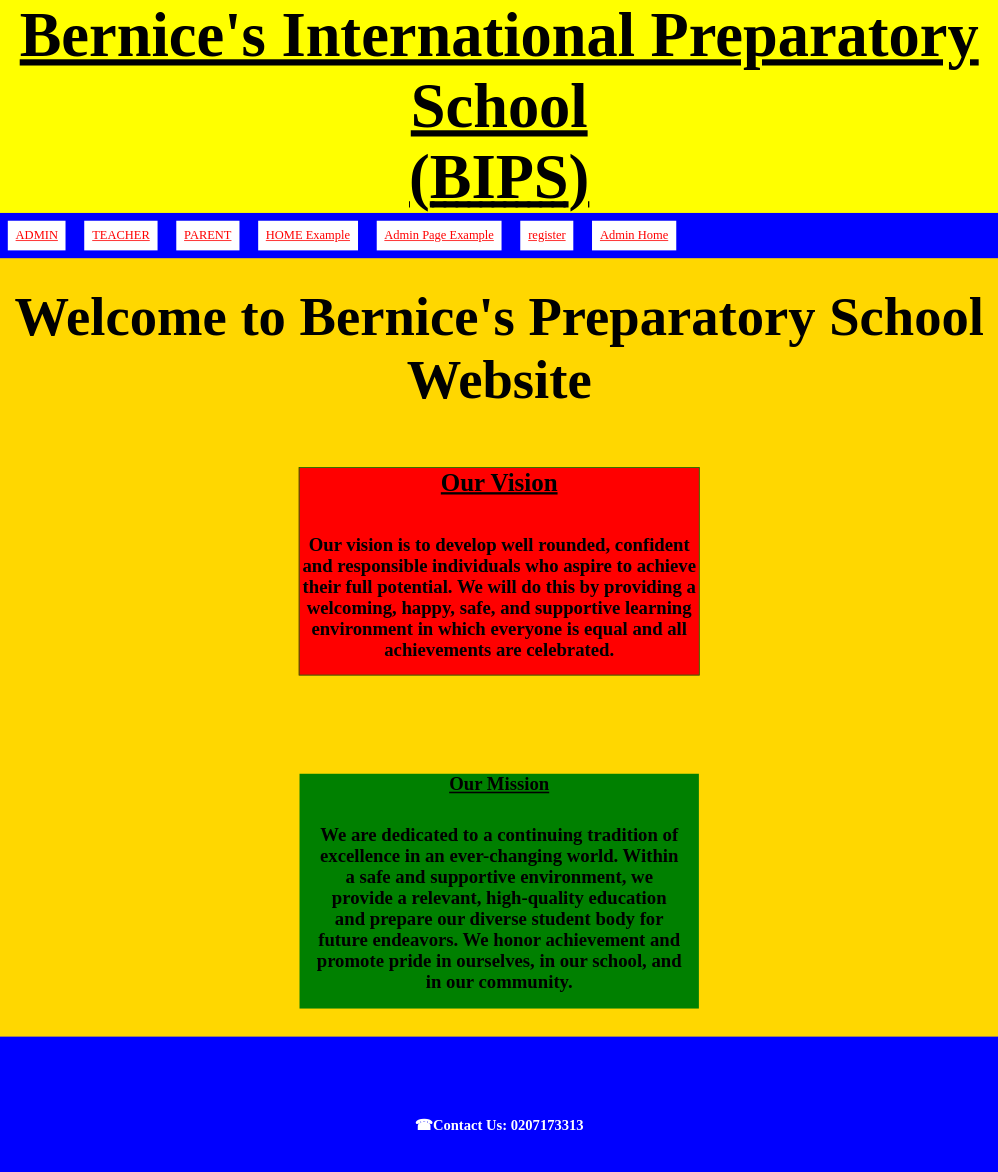
Repository: joseackah/eclipse-workspace
Page: http://localhost/com.school.mgt.system.Front.End/WEB-INF/views/index.jsp
The author's editor kept a copy of each file at every save. The page is drawn from the files as they stood at one save, then again after the next save.
The browser window is 1280 px wide. The pictures show the whole page, at 78% of full size.
The page is served by Tomcat 9. Nobody is signed in. Other server files are loaded and not shown. The template is opened directly, without the code that normally fills it, so the values that code supplies are empty.

Above is the page before, as saved 2021-08-16 12:15:16.

### com.school.mgt.system.Front.End/src/main/webapp/WEB-INF/views/index.jsp
<%@ page language="java" contentType="text/html; charset=ISO-8859-1"
    pageEncoding="ISO-8859-1"%>
<!DOCTYPE html>
<html>
<head>
<style type="text/css">

a:link{
color: red;
}
a:visited{
color: green;
}
li:hover{
background-color: green;
transition: 5s;
color: red;
}
.article{
padding: 2em;
color: white;
animation: mymove 5s infinite;
position: relative;
}
@keyframes mymove{
from{background-color: red;
}
to{background-color: blue;
}
}
h3:before{
content: '\260E';}

.aside{
padding: 2em;
color: white;
position: relative;
animation-name: myaside;
animation: myaside 6s infinite;
}
@keyframes myaside{
from{background-color: green;}
to {background-color: rgb(145,74,152);}
}

.footer {
background-color: rgb(23, 24, 26);
height: 100px;
padding: 10px;
padding-top: 4em;
color: white;
align-content: center;


}
</style>

<link href="${pageContext.request.contextPath}/resources/index.css"
	rel="stylesheet">
<meta charset="ISO-8859-1">
<title>HOME</title>
</head>
<body class="body" style="background-color:gold;">
 <div id='firstHeader' class='firstHeader' name='firstHeader'>

        <h1 style="text-align:center; font-size: 80px;"><ins>Bernice's International Preparatory School <p>(<abbr title="Bernice's International Preparatory School">BIPS</abbr>)</p></ins></h1>
    </div>
    <nav>
        <ul>
            <li><a href="${pageContext.request.contextPath}/general/logIn">ADMIN</a></li>
            <li><a href="${pageContext.request.contextPath}/general/teacherLogin">TEACHER</a></li>
            <li><a href="${pageContext.request.contextPath}/general/parentLogin">PARENT</a></li>
            <li><a href="${pageContext.request.contextPath}/general/homeExample">HOME Example</a></li>
       		<li><a href="${pageContext.request.contextPath}/general/adminPageExample">Admin Page Example</a></li>
        <li><a href="${pageContext.request.contextPath}/general/image">register</a></li>
        <li><a href="${pageContext.request.contextPath}/general/adminHomePageExample2">Admin Home</a></li>
        </ul>

    </nav>

<br/>
<br />
<h1 style='text-align: center; font-size: 70px;'>Welcome to Bernice's Preparatory School Website</h1>
<br/> <br/>
 <p style="text-align:center"> <h2 style="text-align:center" >  </h2></p> <br /> <br />

 <div class="container" style="display:flex-center; width:100%; text-align:center;">
 <div class="card" style="display:;display:inline-block; width:40%; border: 1px solid green; background-color:red;">
  <div class="card-header" style="display:center;"> <h1 style="text-align:center;"> <ins> Our Vision</ins></h1> <br/>
  <div class="card-body"><p  style="padding: 5px; margin: 10px;"><h2> Our vision is to develop well rounded, confident and responsible individuals who aspire to achieve their full potential. We will do this by providing a welcoming, happy, safe, and supportive learning environment in which everyone is equal and all achievements are celebrated. </h2></p></div>  <br/>
</div>
</div><br /> <br /><br /> <br /><br /> <br /><br /> <br />
<div class="card" style="display:inline-block; width:40%; background-color:green;  height: 50%;" >
<div >

<div class="card-header"> <h2> <ins> Our Mission</ins></h2></header> <br/>
 <div class="card-body"><h2> <p style="padding: 10px; margin: 10px;"> We are dedicated to a continuing tradition of excellence in an ever-changing world. Within a safe and supportive environment, we provide a relevant, high-quality education and prepare our diverse student body for future endeavors. We honor achievement and promote pride in ourselves, in our school, and in our community. </p></h2></div>
</div>
</div>
</div>
<br /> <br/> <br/>

<footer class="footer"  >
<h3 style="text-align: center;">Contact Us: 0207173313</h3>

</footer>


</body>
</html>

### com.school.mgt.system.Front.End/src/main/webapp/resources/index.css
* {
    padding: 0px;
    margin: 0px;
}

.body{

	background-color:brown;
}

nav {
    /*display: flex;*/
    /*display: inline-block;*/
    align-items: center;
    align-content: center;
    width: 100%;
    border: 4px;
    background-color: blue;
}

nav li {
    display: inline-block;
    padding: 10px;
    margin: 10px;
    background-color: white;
    /*align-content: center;*/
    text-align: center;
}

#searchForm {
    float: right;
    height: 50px;
    width: 20%;
}

#input {
    align-content: flex-end;
    float: right;
    height: 40px;
    width: 70%;
    padding: 10px;
    padding-top: 30px;
    padding-bottom: 16px;
    margin: 5px;
}

#navsub {
    float: right;
    margin-top: 10px;
    margin-right: 5px;
    margin-left: 0px;
    padding: 10px;
}

#firstHeader {
    /*display: flex;*/
    /*float: left;*/
    background-color: yellow;
    height: 500%;
}








#his {
    /*display: flex;*/
    text-align: center;
    padding-top: 20px;
}

#p1 {
    padding: 20px;
    margin: 5px;
}

#brief {
    /*display: ;*/
    float: right;
    width: 50%;
    border: 2px;
    padding: 3px;
    padding-left: 3px;
    text-align: center;
    margin: 5px solid black;
    height: 99%;
    background-color: greenyellow;
    /*clear: both;*/
}

#table1 {
    text-align: left;
    align-content: left;
    padding-left: 10px;
    margin: 55px;
}





.footer {
	background-color: blue;

}

.collapsible {
    background-color: rgb(145, 125, 157);
    color: rgb(201, 181, 152);
    cursor: pointer;
    padding: 2px;
    width: 100%;
    border: none;
    text-align: center;
    outline: none;
    font-size: 12px;
}

.active,
.collapsible:hover {
    background-color: rgb(47, 47, 167);
}

.content {
    padding: 18px;
    display: none;
    overflow: hidden;
    background-color: whitesmoke;
}
.aside, .article{
	padding: 10px;
}

.article:hover{
	background-color: blue;
	color: white;
}

.td{
	padding: .5em 2em;
	border-radius: 5em;
}
nav li:hover{
	background-color:red;

}

After the next save:
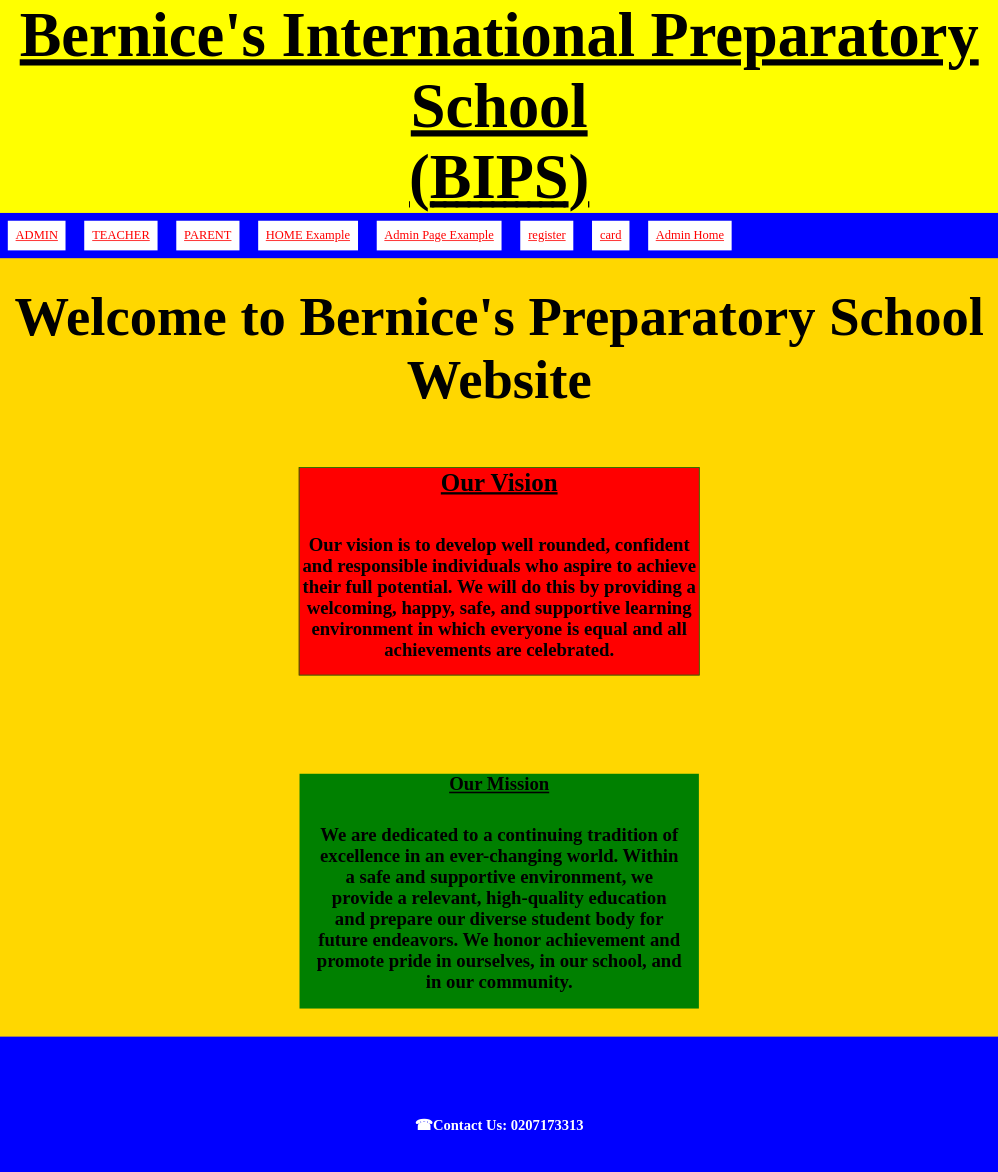
Saved 57 s later.
--- a/com.school.mgt.system.Front.End/src/main/webapp/WEB-INF/views/index.jsp
+++ b/com.school.mgt.system.Front.End/src/main/webapp/WEB-INF/views/index.jsp
@@ -73,6 +73,7 @@ align-content: center;
             <li><a href="${pageContext.request.contextPath}/general/homeExample">HOME Example</a></li>
        		<li><a href="${pageContext.request.contextPath}/general/adminPageExample">Admin Page Example</a></li>
         <li><a href="${pageContext.request.contextPath}/general/image">register</a></li>
+        <li><a href="${pageContext.request.contextPath}/general/card">card</a></li>
         <li><a href="${pageContext.request.contextPath}/general/adminHomePageExample2">Admin Home</a></li>
         </ul>
 
